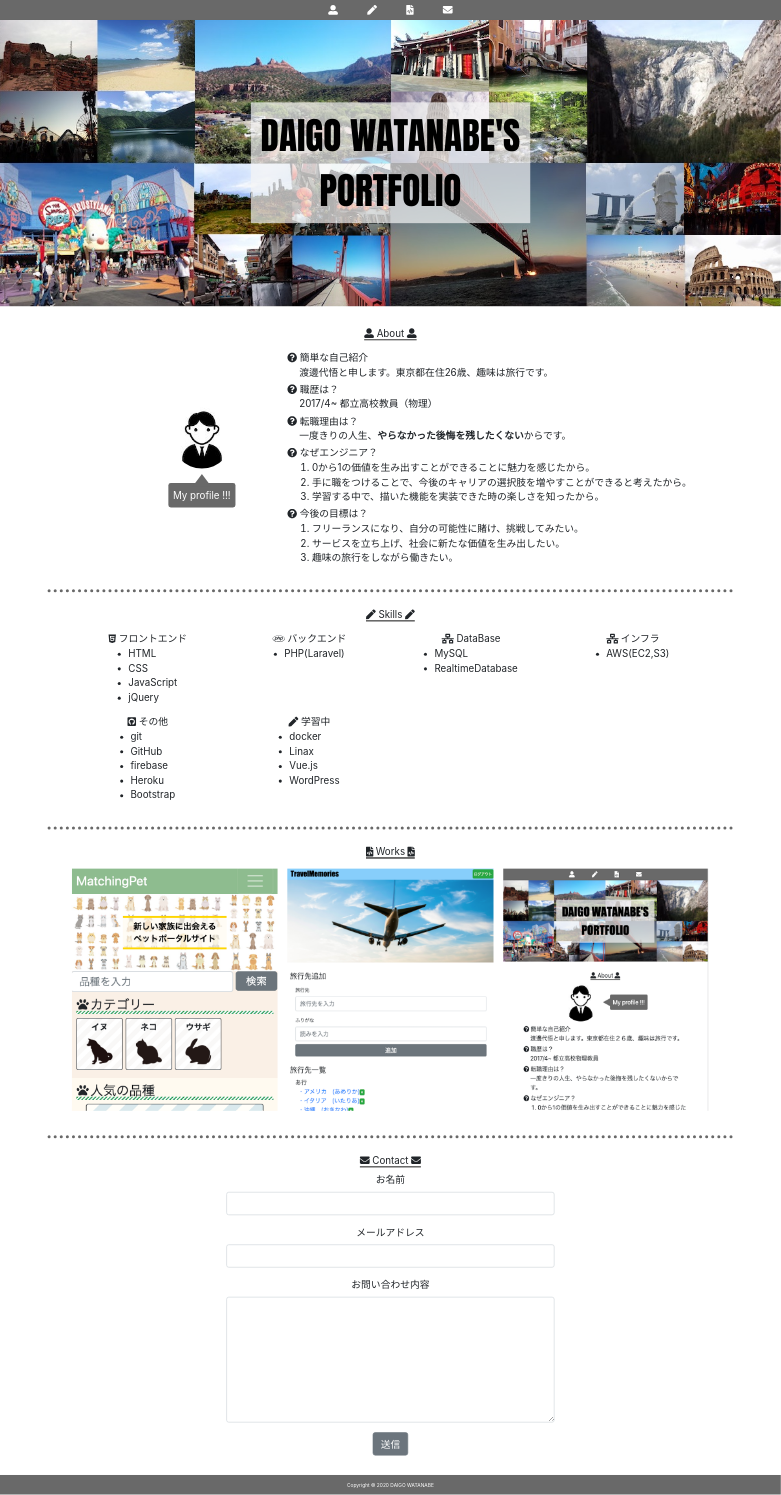
Repository: watanabedaigo/Portfolio
Page: public/index.html
The author's editor kept a record of every edit. The page is drawn from the files as they stood at one moment, then again after the next edit.
The browser window is 1280 px wide. The pictures show the whole page, at 61% of full size.
Some web libraries are served in a nearby version.

Above is the page before.

After the next edit:
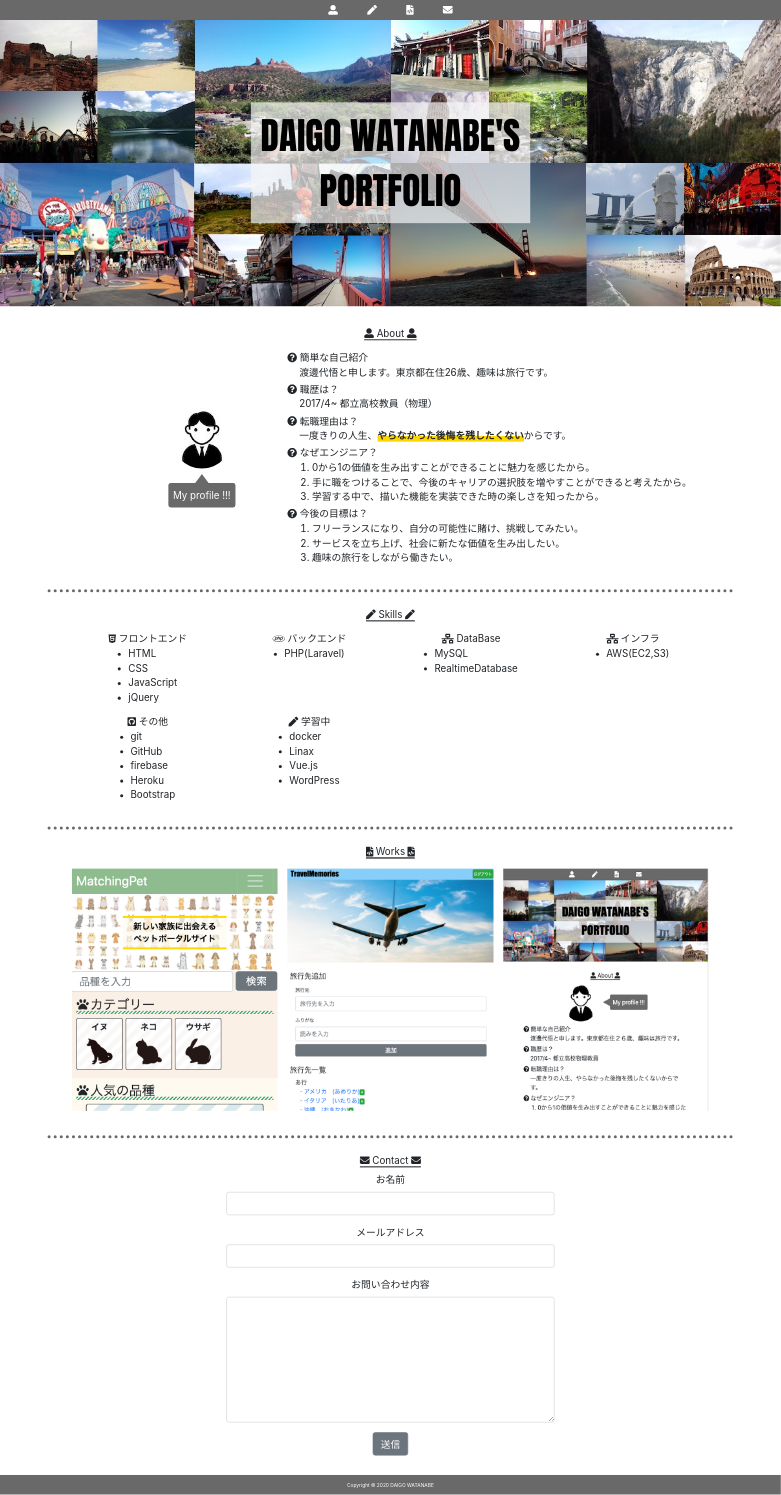
The edit:
--- a/public/css/main.css
+++ b/public/css/main.css
@@ -39,6 +39,10 @@
     background-color:dimgray;
     border-color:dimgray;
     color:white;
+}
+
+.strong-line {
+    background:rgba(0, 0, 0, 0) linear-gradient(transparent 50%, gold 0%) repeat scroll 0 0;
 }
 
 .title {
